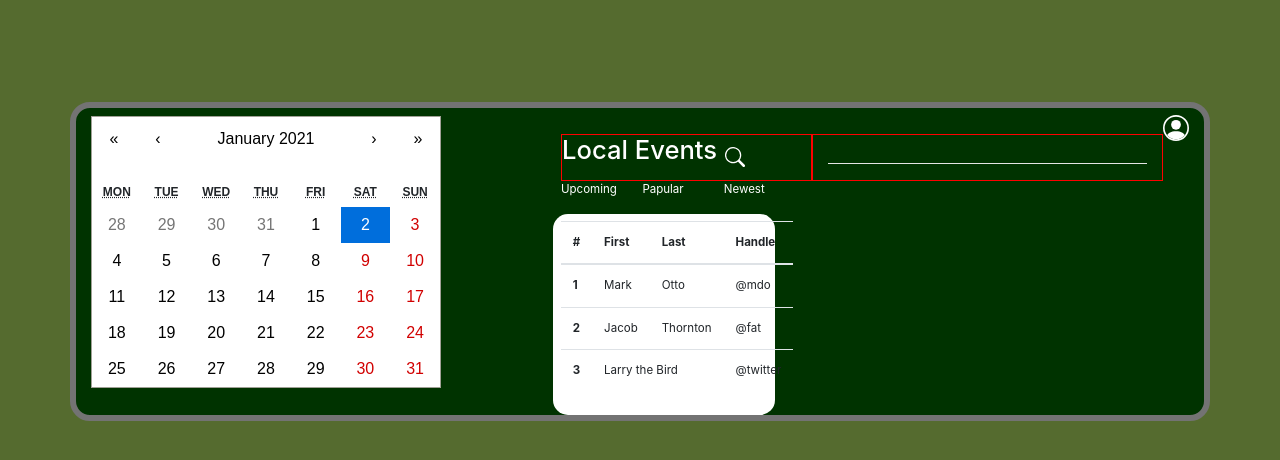
Repository: lalji-yadav/Calendar-code
Page: /
An editor plug-in stored every save of this project. The page is shown before and after the next save, followed by the edit.
The browser window is 1280 px wide. The pictures show the whole page.
The project was rebuilt for these pictures with package versions that can differ from the ones it lists, and the page was loaded fresh each time. Also part of the build but not shown: src/App.css.

Above is the page before, as saved 2021-01-04 10:31:00.

After the next save:
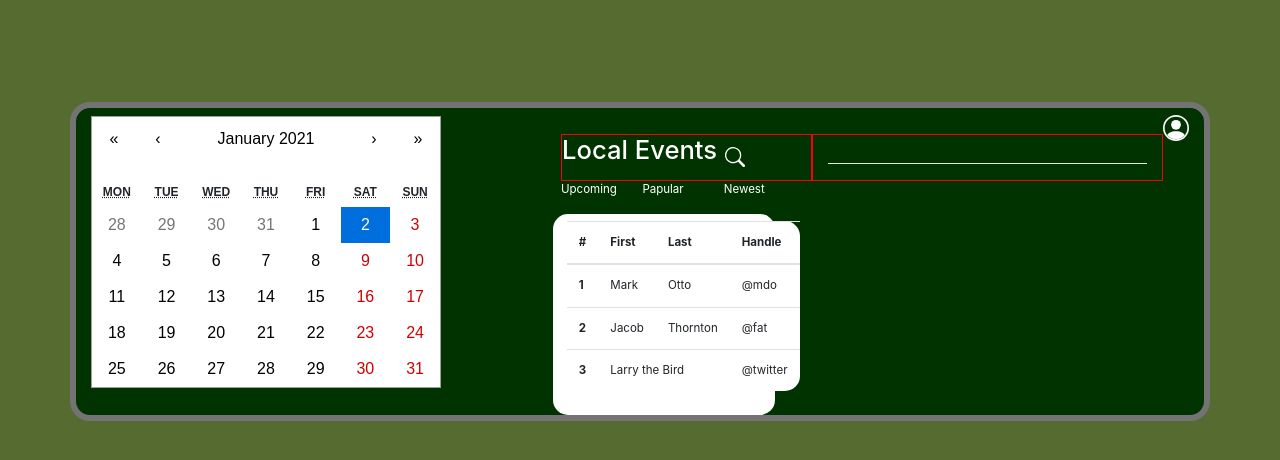
Saved 29 s later.
--- a/src/calendar/Home.js
+++ b/src/calendar/Home.js
@@ -52,7 +52,7 @@ function Home() {
              {/* Carosal design  */}
 
              <div className="tablebox">
-                <table className="table">
+                <table className="table tablebox">
                     <thead>
                       <tr>
                         <th scope="col">#</th>
